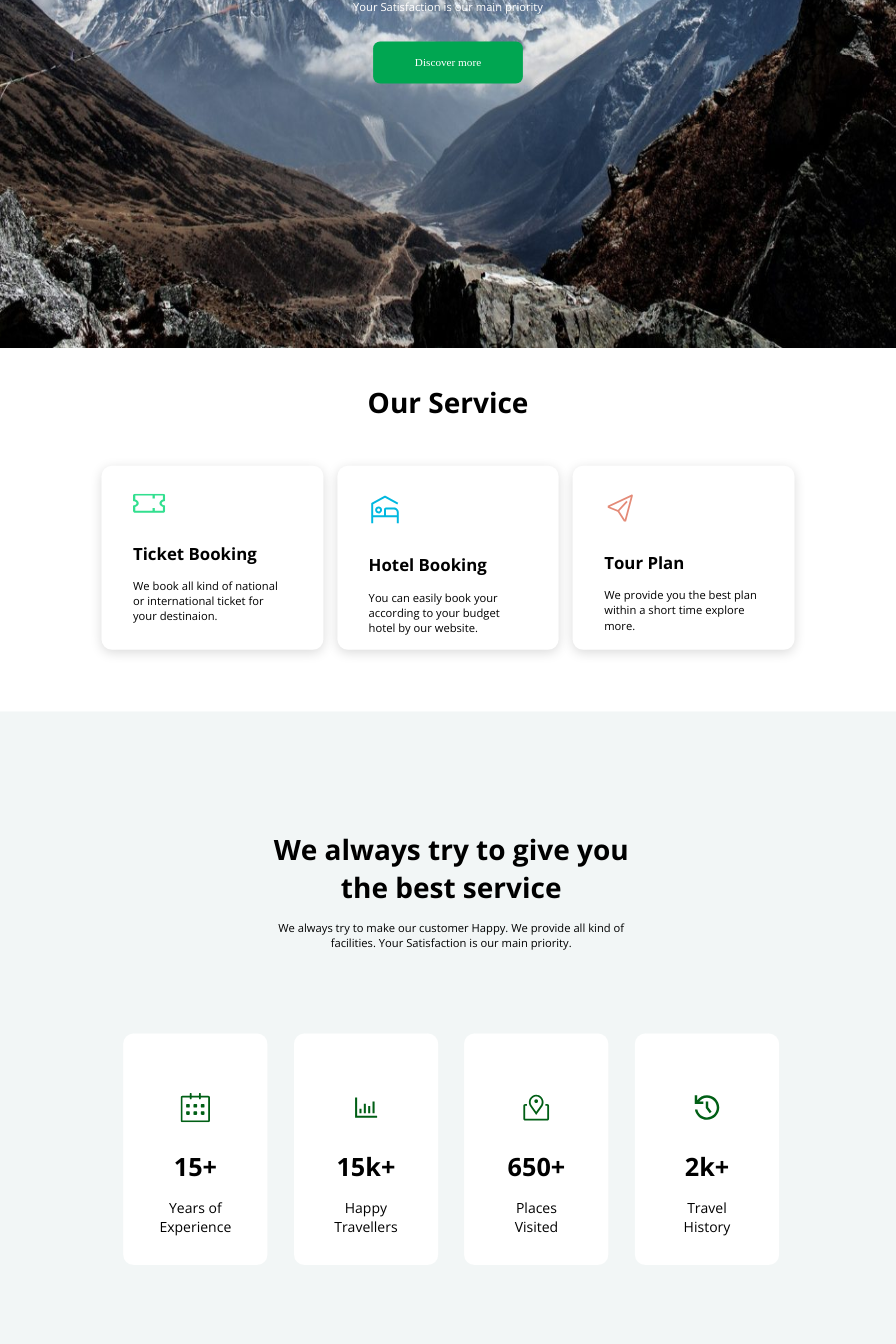
Repository: kubrazamanova/Background-Image
Page: index.html
An editor plug-in stored every save of this project. The page is shown before and after the next save, followed by the edit.
The browser window is 1280 px wide. The pictures show the part of the page from y = 666 to 2586 px (the page is 2586 px tall), at 70% of full size.

Above is the page before, as saved 2023-10-17 19:06:58.

After the next save:
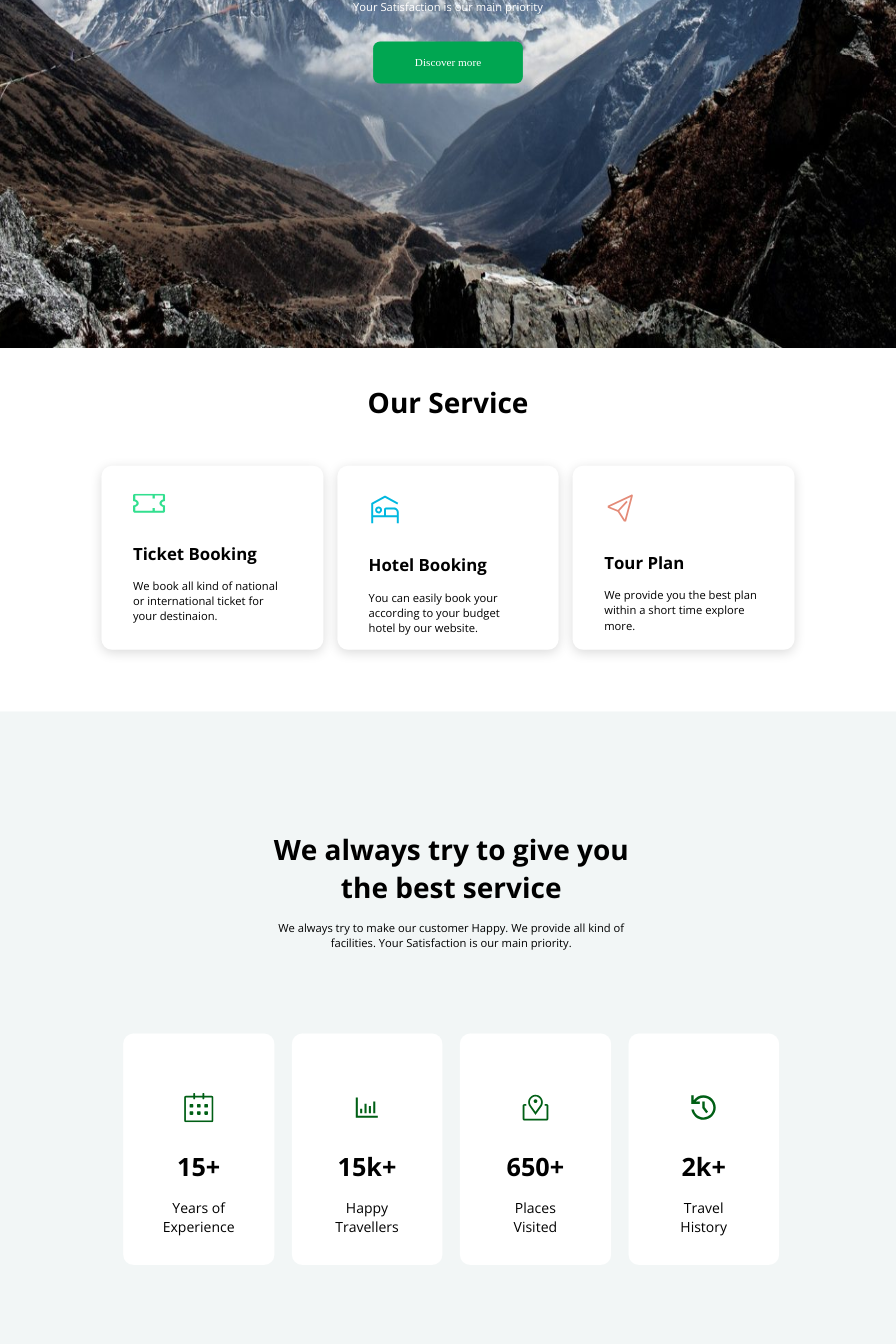
Saved 58 s later.
--- a/index.css
+++ b/index.css
@@ -194,7 +194,7 @@ main {
 }
 
 .best-service ul li {
-  width: 22%;
+  width: 23%;
   list-style-type: none;
   padding: 42px 63px;
   /* width: 250px;
